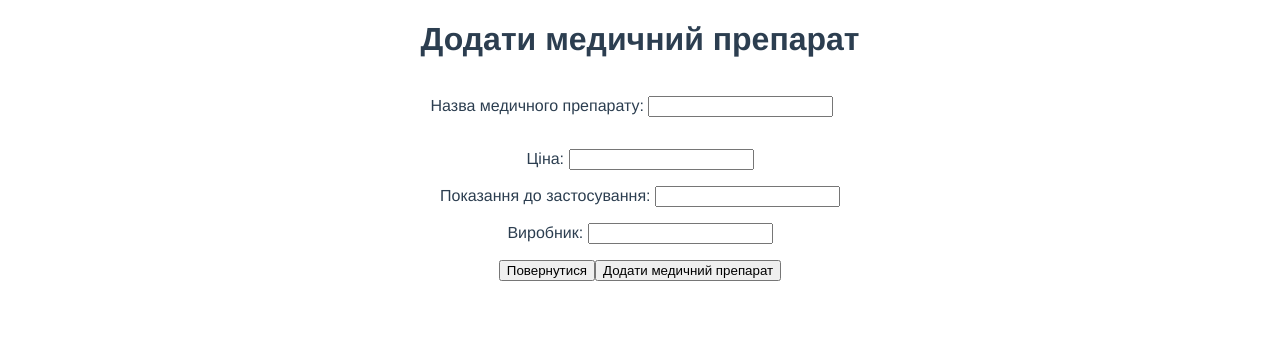
Repository: kristinap8/pharmacy
Page: /add_medicine
The author's editor kept a copy of each file at every save. The page is drawn from the files as they stood at one save, then again after the next save.
The browser window is 1280 px wide. The pictures show the whole page.
The project was rebuilt for these pictures with package versions that can differ from the ones it lists, and the page was loaded fresh each time. Also part of the build but not shown: src/components/EditMedicineForm/index.vue, src/pages/EditMedicine/index.vue, src/components/MedicinesList/MedicineCard/index.vue, src/components/MedicinesList/index.vue, src/pages/AllMedicines/index.vue, src/components/CartForm/index.vue, src/pages/Cart/index.vue.

Above is the page before, as saved 2020-12-09 23:28:26.

### src/main.js
import Vue from 'vue'
import App from './App.vue'
import router from "./router"
import store from "./store"

Vue.config.productionTip = false

new Vue({
  store,
  router,
  render: h => h(App),
}).$mount('#app')

### src/App.vue
<template>
  <div id="app">
    <router-view/>
  </div>
</template>

<script>
export default {
  name: "App",
  components: {},
};
</script>

<style>
#app {
  font-family: Avenir, Helvetica, Arial, sans-serif;
  -webkit-font-smoothing: antialiased;
  -moz-osx-font-smoothing: grayscale;
  color: #2c3e50;
}
</style>

### src/router.js
import Vue from "vue";
import VueRouter from "vue-router";
import AddMedicine from "@/pages/AddMedicine";
import EditMedicine from "@/pages/EditMedicine";
import AllMedicines from "@/pages/AllMedicines";
import Cart from "@/pages/Cart";

Vue.use(VueRouter);

const routes=[
    {
        path:'/',
        name:'all-medicines',
        component:AllMedicines
    },
    {
        path:'/edit_medicine/:medicine_id',
        name:'edit-medicine',
        component:EditMedicine
    },
    {
        path:'/add_medicine',
        name:'add-medicine',
        component:AddMedicine
    },
    {
        path:'/cart',
        name:'cart',
        component:Cart
    },

]

const router=new VueRouter({
    mode:"history",
    routes
});

export default router;

### src/store/index.js
import Vue from "vue";
import Vuex from "vuex";
import { v4 as uuid_v4 } from 'uuid'

Vue.use(Vuex)
const store=new Vuex.Store({
    state:{
      medicinesList:[
          {
              id:1,
              name:'Но-шпа',
              price:60.48,
              requirements:"Спазми гладкої мускулатури, пов'язані з захворюваннями біліарного тракту: холецистолітіаз, холангіолітіаз, холецистит, перихолецистит, холангіт, папіліт. Спазми гладкої мускулатури при захворюваннях сечового тракту: нефролітіаз, уретролітіаз, пієліт, цистит, тенезми сечового міхура.",
              maker:"Chinoin (Угорщина)"

          },
          {
            id:2,
            name:"Діазолін",
            price:19.19,
            requirements:"Профілактика і лікування сезонного та алергічного риніту, полінозу, кропив'янки, харчової та медикаментозної алергії, дерматозів, що супроводжуються свербежем шкіри (екзема, нейродерміт).",
            maker:"Фармак ОАО (Україна, Київ)"

        },
        {
            id:3,
            name:"Амоксил",
            price:81.77,
            requirements:"Інфекції органів дихання, сечостатевої системи, травного тракту (у тому числі у комбінації з метронідазолом або кларитроміцином застосовують для лікування захворювань, асоційованих із Helicobacter pylori), шкіри та м’яких тканин, спричинені чутливими до лікарського засобу мікроорганізмами.",
            maker:"Киевмедпрепарат ОАО (Україна, Київ)"

        }
      ],
      cart:[],
      cartItemsCount:0
    },
    mutations:{
        addMedicine(state, data) {
            state.medicinesList.push({
             id: uuid_v4(),
             ...data,
           })
         },
         deleteMedicine(state,id){
             let medicines=state.medicinesList.filter(medicine=>medicine.id!=id)
             state.medicinesList=medicines;
         },
         editMedicine(state,medicine){
             state.medicinesList.forEach(m=>{
                 if(m.id==medicine.id){
                     m=medicine;
                 }
             } )
         },
         addToCart(state,medicine){
            let isMedicineExists=state.cart.find(m => m.id == medicine.id);

            if (isMedicineExists) {
                isMedicineExists.quantity ++;
                isMedicineExists.totalPrice = (isMedicineExists.quantity * isMedicineExists.price).toFixed(2);
            } else {
                state.cart.push(medicine);

                Vue.set(medicine, 'quantity', 1);
                Vue.set(medicine, 'totalPrice', medicine.price);
            }
             state.cartItemsCount++
         },
         deleteItemFromCart(state,medicine){
            let index = state.cart.indexOf(medicine);
            if (index > -1) {
                let item= state.cart[index];
                state.cartItemsCount -= item.quantity;
                state.cart.splice(index, 1);
            }
         }
    },
    actions:{
        addMedicine({ commit }, medicine) {
            commit('addMedicine', medicine)
         },
          deleteMedicine({commit},id){
              commit('deleteMedicine',id)
          },
          editMedicine({commit},medicine){
              commit('editMedicine',medicine)
          },
          addToCart({commit},medicine){
              commit('addToCart',medicine)
          },
          deleteItemFromCart({commit},medicine){
              commit("deleteItemFromCart",medicine)
          }

    },
    getters:{
        getMedicines:(state)=> state.medicinesList,
        getMedicineById:(state)=>(id)=>{return state.medicinesList.find(m=>m.id===id)},
        getMedicinesInCart:(state)=>state.cart,
     },
    modules:{

    }
})

export default store

### src/pages/AddMedicine/index.vue
<template>
    <div>
       <add-medicine-form/>
    </div>
</template>

<script>
import AddMedicineForm from "../../components/AddMedicineForm"
    export default {
        name:"AddMedicine",
        components: {
            AddMedicineForm,
        },
    }
</script>

<style lang="scss" scoped>

</style>

### src/components/AddMedicineForm/index.vue
<template>
    <div class="form">
        <h1>Додати медичний препарат</h1>
      <p class="form-row">
    <label>
        Назва медичного препарату:
        <input type="text" v-model="name"/>
    </label>
    </p>
    <p>
    <label>
        Ціна:
        <input type="number" v-model="price"/>
    </label>
    </p>
    <p>
    <label>
        Показання до застосування:
        <input type="text" v-model="requirements"/>
    </label>
    </p>
    <p>
    <label>
        Виробник:
        <input type="text" v-model="maker"/>
    </label>
    </p>
    <p>
    <router-link to="/" tag="button" >Повернутися</router-link>
    <button @click="onAddMedicine" >
        Додати медичний препарат
    </button>
    </p>
    </div>
</template>

<script>
import { mapActions } from 'vuex'

    export default {
        name:"AddMedicineForm",
        data() {
            return {
            name: null,
            price: null,
            requirements: null,
            maker: null,
            }
        },
        methods: {
            ...mapActions(['addMedicine']),
            onAddMedicine() {
                const{name,price,requirements,maker}=this
                this.addMedicine({
                    name,
                    price,
                    requirements,
                    maker
                })
                this.$router.push('/')
            }
        },
    }
</script>

<style lang="scss" scoped>
.form{
    text-align: center;
}
.form-row {
  display: flex;
  justify-content: flex-end;
  padding: .5em;
}
.form-row > label {
  padding: .5em 1em .5em 0;
  flex: 1;
}
.form-row > input {
  flex: 2;
}
.form-row > input {
  padding: .5em;
}
</style>

Loaded but not shown: public/index.html (common file)

After the next save:
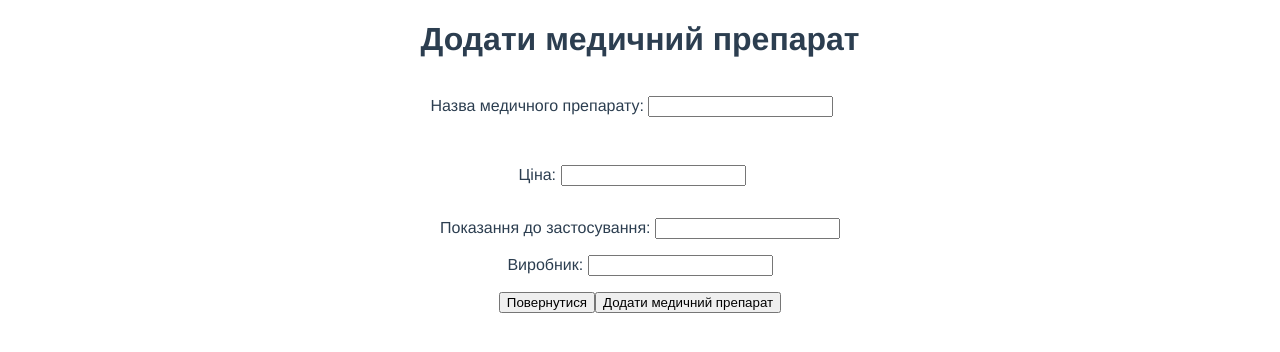
Saved 25 s later.
--- a/src/components/AddMedicineForm/index.vue
+++ b/src/components/AddMedicineForm/index.vue
@@ -7,7 +7,7 @@
         <input type="text" v-model="name"/>
     </label>
     </p>
-    <p>
+    <p class="form-row">
     <label>
         Ціна:
         <input type="number" v-model="price"/>
